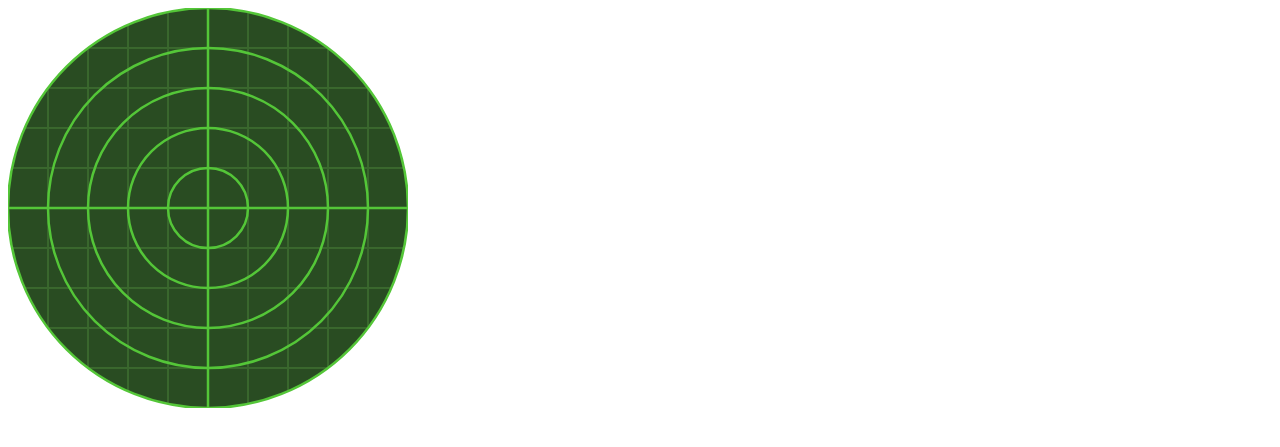
Repository: pedro-mancano/ProjetoCDM204
Page: scripts/radar.html
The author's editor kept a copy of each file at every save. The page is drawn from the files as they stood at one save, then again after the next save.
The browser window is 1280 px wide. The pictures show the whole page.

Above is the page before, as saved 2024-11-27 08:38:19.

### scripts/radar.html
<html>

<head>
  <title>Radars</title>
  <link rel="stylesheet" type="text/css" href="./radar.css">
</head>

<body>
  <div class="radar">
    <canvas id="radarCanvas" width="400" height="400"></canvas>
  </div>
  <script src="./radar.js"></script>

</html>

### scripts/radar.js
const canvas = document.getElementById('radarCanvas');
const ctx = canvas.getContext('2d');
let lastDraw = performance.now();

function draw(elapsed) {
  ctx.clearRect(0, 0, canvas.width, canvas.height);

  const height = canvas.height;
  const width = canvas.width;
  const R = canvas.height / 2;


  // Draw the radar circle
  ctx.fillStyle = '#294c22';
  ctx.beginPath();
  ctx.arc(R, R, 200, 0, 2 * Math.PI);
  ctx.fill();

  //
  ctx.strokeStyle = '#3a682e';
  ctx.lineWidth = 1;
  for (let i = 0; i < 2 * R; i += R / 5) {
    for (let j = 0; j < 2 * R; j += R / 5) {
      ctx.beginPath();
      ctx.moveTo(i, 0);
      ctx.lineTo(i, 2 * R);
      ctx.stroke();
      ctx.beginPath();
      ctx.moveTo(0, j);
      ctx.lineTo(2 * R, j);
      ctx.stroke();
    }
  }

  // Clear the outside circle
  ctx.globalCompositeOperation = 'destination-in';
  ctx.fillStyle = '#FFFFFF';
  ctx.beginPath();
  ctx.arc(R, R, 200, 0, 2 * Math.PI);
  ctx.fill();
  ctx.globalCompositeOperation = 'source-over';


  // Draw grid lines (4 lines, 90 degrees apart)
  ctx.strokeStyle = '#54c638';
  ctx.lineWidth = 2.5;
  for (let i = 0; i < 360; i += 90) {
    ctx.beginPath();
    ctx.moveTo(R, R);
    ctx.lineTo(R + 200 * Math.cos(i * Math.PI / 180), R + 200 * Math.sin(i * Math.PI / 180));
    ctx.stroke();
  }

  // Circle outlines 5
  for (let i = 0; i < 6; i++) {
    ctx.beginPath();
    ctx.arc(R, R, R / 5 * i, 0, 2 * Math.PI);
    ctx.stroke();
  }
}

function drawLoop() {
  draw(performance.now() - lastDraw);
  lastDraw = performance.now();
  requestAnimationFrame(drawLoop);
}

requestAnimationFrame(drawLoop);

Loaded but not shown: scripts/radar.css (no stored copy; drawn as an empty file)

After the next save:
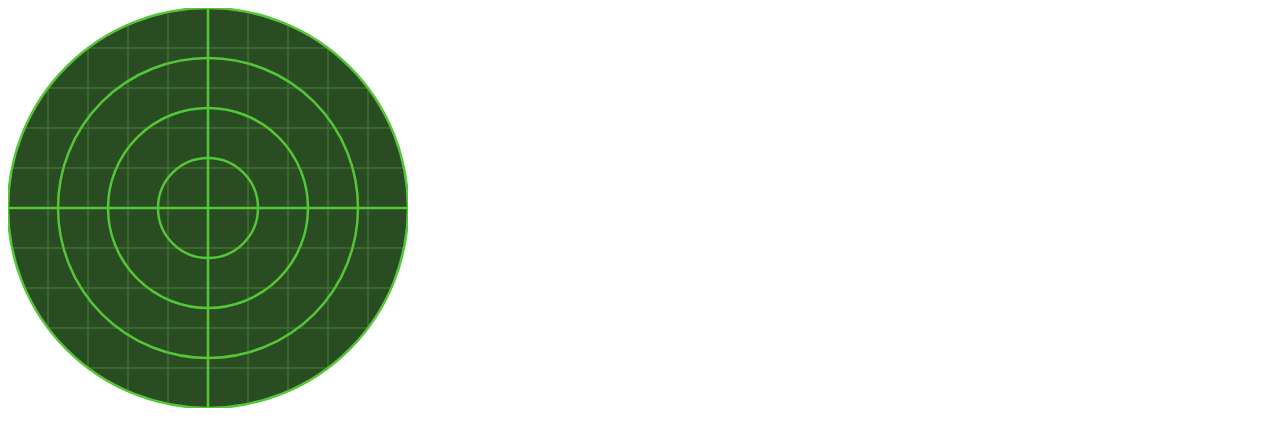
Saved 9 s later.
--- a/scripts/radar.js
+++ b/scripts/radar.js
@@ -52,9 +52,9 @@
   }
 
   // Circle outlines 5
-  for (let i = 0; i < 6; i++) {
+  for (let i = 0; i < 5; i++) {
     ctx.beginPath();
-    ctx.arc(R, R, R / 5 * i, 0, 2 * Math.PI);
+    ctx.arc(R, R, R / 4 * i, 0, 2 * Math.PI);
     ctx.stroke();
   }
 }

After the save that followed:
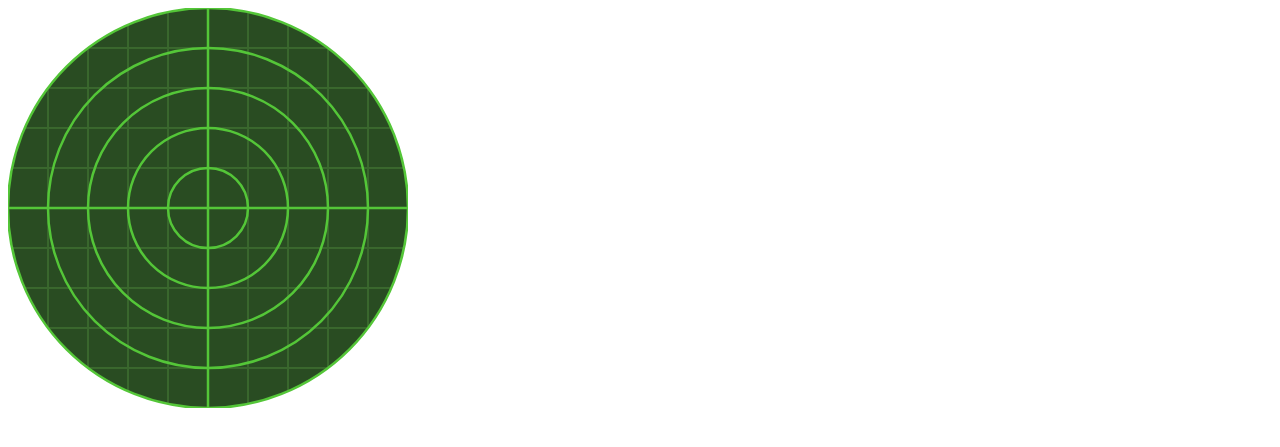
Saved 4 s later.
--- a/scripts/radar.js
+++ b/scripts/radar.js
@@ -52,9 +52,9 @@
   }
 
   // Circle outlines 5
-  for (let i = 0; i < 5; i++) {
+  for (let i = 0; i < 6; i++) {
     ctx.beginPath();
-    ctx.arc(R, R, R / 4 * i, 0, 2 * Math.PI);
+    ctx.arc(R, R, R / 5 * i, 0, 2 * Math.PI);
     ctx.stroke();
   }
 }
